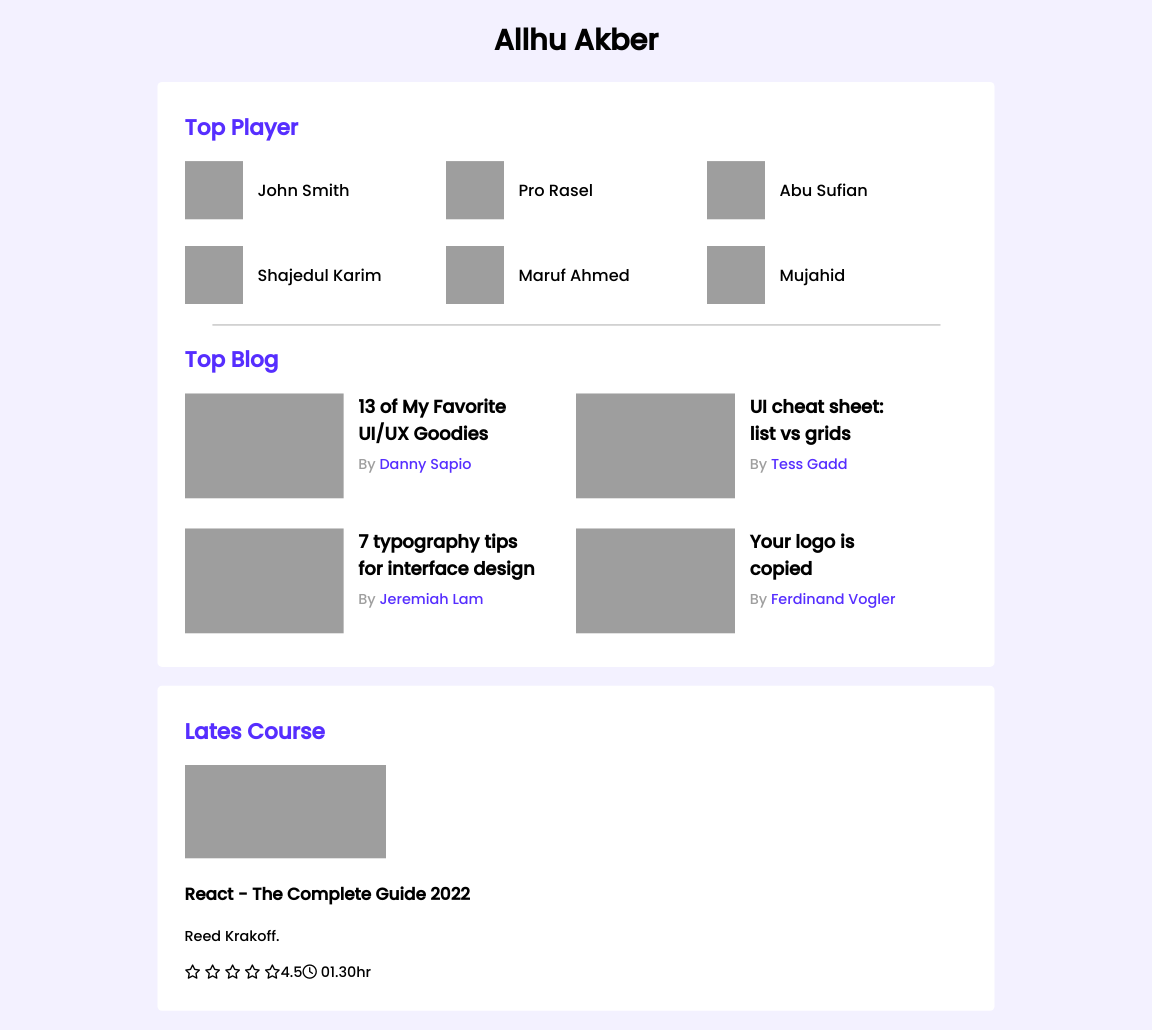
Repository: zjria/leader-board
Page: index.html
An editor plug-in stored every save of this project. The page is shown before and after the next save, followed by the edit.
The browser window is 1280 px wide. The pictures show the whole page, at 90% of full size.
Pictures or frames that could not be fetched are drawn as grey boxes.

Above is the page before, as saved 2022-09-04 10:08:00.

### index.html
<!DOCTYPE html>
<html lang="en">

<head>
    <meta charset="UTF-8">
    <meta http-equiv="X-UA-Compatible" content="IE=edge">
    <meta name="viewport" content="width=device-width, initial-scale=1.0">
    <title>leader-board</title>
    <!-- Font awesome -->
    <link rel="stylesheet" href="https://cdnjs.cloudflare.com/ajax/libs/font-awesome/6.2.0/css/all.min.css"
        integrity="sha512-xh6O/CkQoPOWDdYTDqeRdPCVd1SpvCA9XXcUnZS2FmJNp1coAFzvtCN9BmamE+4aHK8yyUHUSCcJHgXloTyT2A=="
        crossorigin="anonymous" referrerpolicy="no-referrer" />
    <!-- Custom CSS -->
    <link rel="stylesheet" href="/style/style.css">
</head>

<body>
    <h1>Allhu Akber</h1>
    <!-- Header Section -->
    <header>

    </header>
    <!-- Main Section -->
    <main>
        <section class="container">
            <div class="top-players">
                <h2 class="section-title">Top Player</h2>
                <div class="players">
                    <div class="player">
                        <img src="images/players/player-1.png" alt="">
                        <h3 class="name-title">John Smith</h3>
                    </div>
                    <div class="player">
                        <img src="images/players/player-2.png" alt="">
                        <h3 class="name-title">Pro Rasel</h3>
                    </div>
                    <div class="player">
                        <img src="images/players/player-3.png" alt="">
                        <h3 class="name-title">Abu Sufian</h3>
                    </div>
                    <div class="player">
                        <img src="images/players/player-4.png" alt="">
                        <h3 class="name-title">Shajedul Karim</h3>
                    </div>
                    <div class="player">
                        <img src="images/players/player-5.png" alt="">
                        <h3 class="name-title">Maruf Ahmed</h3>
                    </div>
                    <div class="player">
                        <img src="images/players/player-6.png" alt="">
                        <h3 class="name-title">Mujahid</h3>
                    </div>
                </div>
            </div>
            <hr class="horigantal-line">

            <!-- Blog information -->
            <div class="blog-information">
                <h2 class="section-title">Top Blog</h2>
                <div class="blogs-details">
                    <article class="blogs">
                        <div class="blog-thimble">
                            <img src="images/blogs/blog-1.png" alt="">
                        </div>
                        <div class="blog-contain">
                            <h2>13 of My Favorite <br> UI/UX Goodies</h2>
                            <p class="blog-auther">By <a href="">Danny Sapio</a></p>
                        </div>
                    </article>
                    <article class="blogs">
                        <div class="blog-thimble">
                            <img src="images/blogs/blog-2.png" alt="">
                        </div>
                        <div class="blog-contain">
                            <h2>UI cheat sheet: <br>
                                list vs grids</h2>
                            <p class="blog-auther">By <a href="">Tess Gadd</a></p>
                        </div>
                    </article>
                    <article class="blogs">
                        <div class="blog-thimble">
                            <img src="images/blogs/blog-3.png" alt="">
                        </div>
                        <div class="blog-contain">
                            <h2>7 typography tips <br>
                                for interface design</h2>
                            <p class="blog-auther">By <a href=""> Jeremiah Lam</a></p>
                        </div>
                    </article>
                    <article class="blogs">
                        <div class="blog-thimble">
                            <img src="images/blogs/blog-4.png" alt="">
                        </div>
                        <div class="blog-contain">
                            <h2>Your logo is <br>
                                copied</h2>
                            <p class="blog-auther">By <a href=""> Ferdinand Vogler</a></p>
                        </div>
                    </article>
                </div>
            </div>
        </section>
        <!-- Lates Course -->
        <section class="container">
            <h2 class="section-title">Lates Course</h2>
            <div class="course-details">
                <div class="course-thumble">
                    <img src="images/courses/course-1.png" alt="">
                </div>
                <div class="course-title">
                    <h3>React - The Complete Guide 2022</h3>
                    <p>Reed Krakoff.</p>
                </div>
                <div class="course-info">
                    <div class="star-icon">
                        <i class="fa-regular fa-star field"></i>
                        <i class="fa-regular fa-star field"></i>
                        <i class="fa-regular fa-star field"></i>
                        <i class="fa-regular fa-star field"></i>
                        <i class="fa-regular fa-star"></i>
                    </div>
                    <div class="rating">4.5</div>
                    <div class="time-duration">
                        <i class="fa-regular fa-clock"></i> 01.30hr
                    </div>
                </div>
            </div>
        </section>
    </main>
</body>

</html>

### style/style.css
/* Google Fonts */
@import url('https://fonts.googleapis.com/css2?family=Poppins:wght@500&family=Roboto:wght@100;300;400;500;700;900&display=swap');

h1 {
    display: flex;
    justify-content: center;
}

/* Commant CSS Utilitis */
body {
    border: 0px;
    margin: 0px;
    font-family: 'Poppins', sans-serif;
    /* font-family: 'Roboto', sans-serif; */
    background-color: #F3F1FF;
}

/* Top Players Section */
main {
    display: flex;
    align-items: center;
    flex-direction: column;
}

.section-title {
    color: #562EFF;
    font-size: 24px;
}

.container {
    background-color: #FFFFFF;
    width: 870px;
    padding: 30px;
    margin-bottom: 21px;
    border-radius: 5px;
}

.top-players {
    /* padding: 30px; */
    margin-bottom: 22px;
}

h2.section-title {
    margin-top: 3px;
}

.players {
    display: grid;
    grid-template-columns: repeat(3, 1fr);
    grid-row-gap: 29px;
}

.player {
    display: flex;
    align-items: center;
}

.player img {
    width: 65px;
    height: 65px;
}

.name-title {
    margin-left: 16px;
    font-size: 18px;
    font-weight: normal;
}

.horigantal-line {
    border: 1px solid #D1D1D1;
    width: 807px;
    margin-bottom: 20px;
}

/* ------------------ blogs details information-------------- */
.blogs-details {
    display: grid;
    grid-template-columns: repeat(2, 1fr);
    grid-row-gap: 26px;
}

.blogs {
    display: flex;
}

.blogs .blog-thimble img {
    width: 177px;
    height: 117px;
    margin-right: 16px;
}

.blog-contain h2 {
    font-size: 20px;
    margin: 0;
}

.blog-contain .blog-auther {
    color: #9F9F9F;
    font-size: 16px;
}

.blog-contain .blog-auther a {
    color: #562EFF;
    font-size: 16px;
    text-decoration: none;
}

.blog-contain p {
    margin-top: 6px;
}

/* -------------------- course-info --------------- */
.course-thumble img {
    width: 224px;
    height: 104px;
}

.course-info {
    display: flex;
}

After the next save:
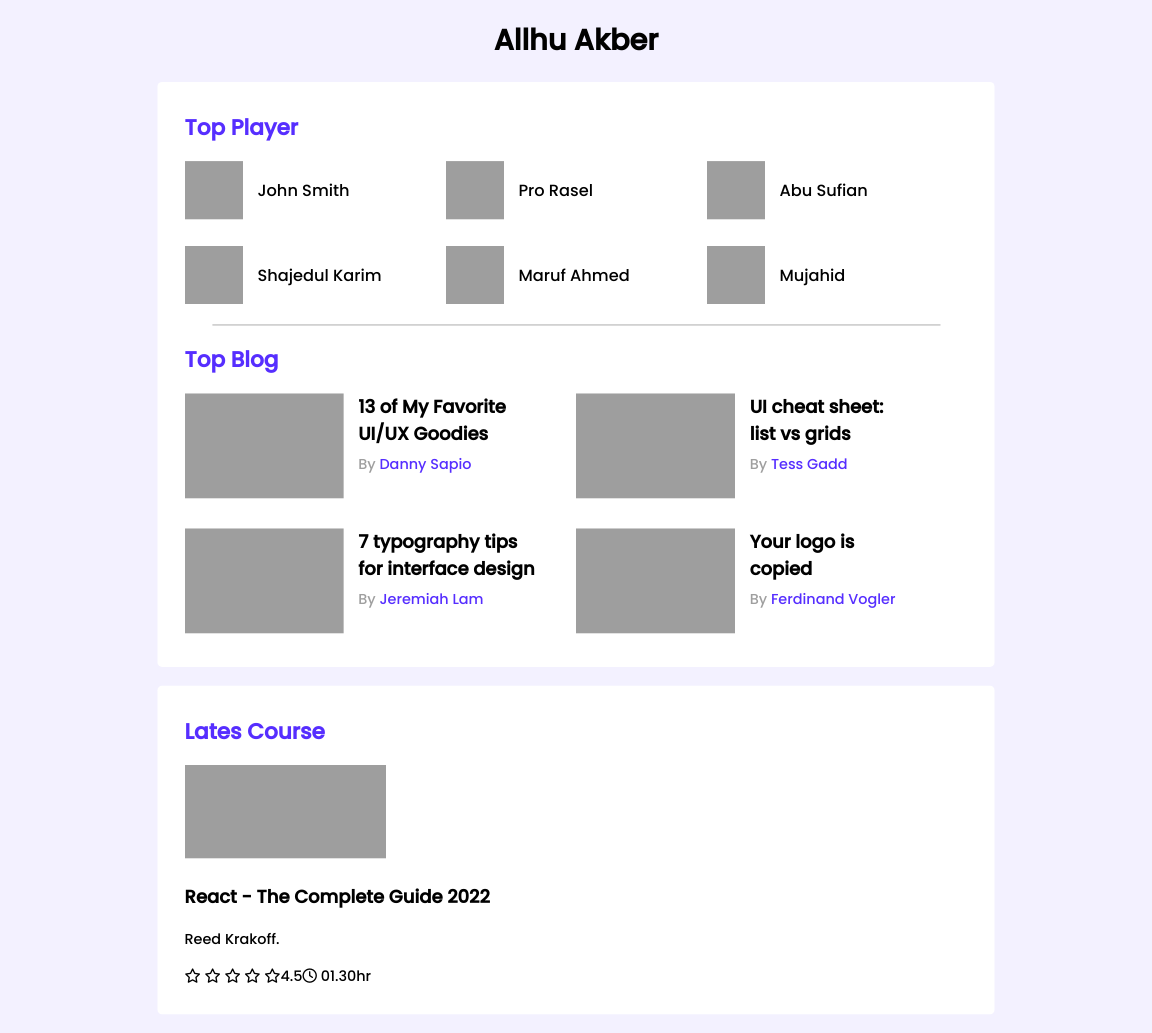
Saved 56 s later.
--- a/style/style.css
+++ b/style/style.css
@@ -115,6 +115,10 @@ h2.section-title {
     height: 104px;
 }
 
+.course-title h3 {
+    font-size: 20px;
+}
+
 .course-info {
     display: flex;
 }
